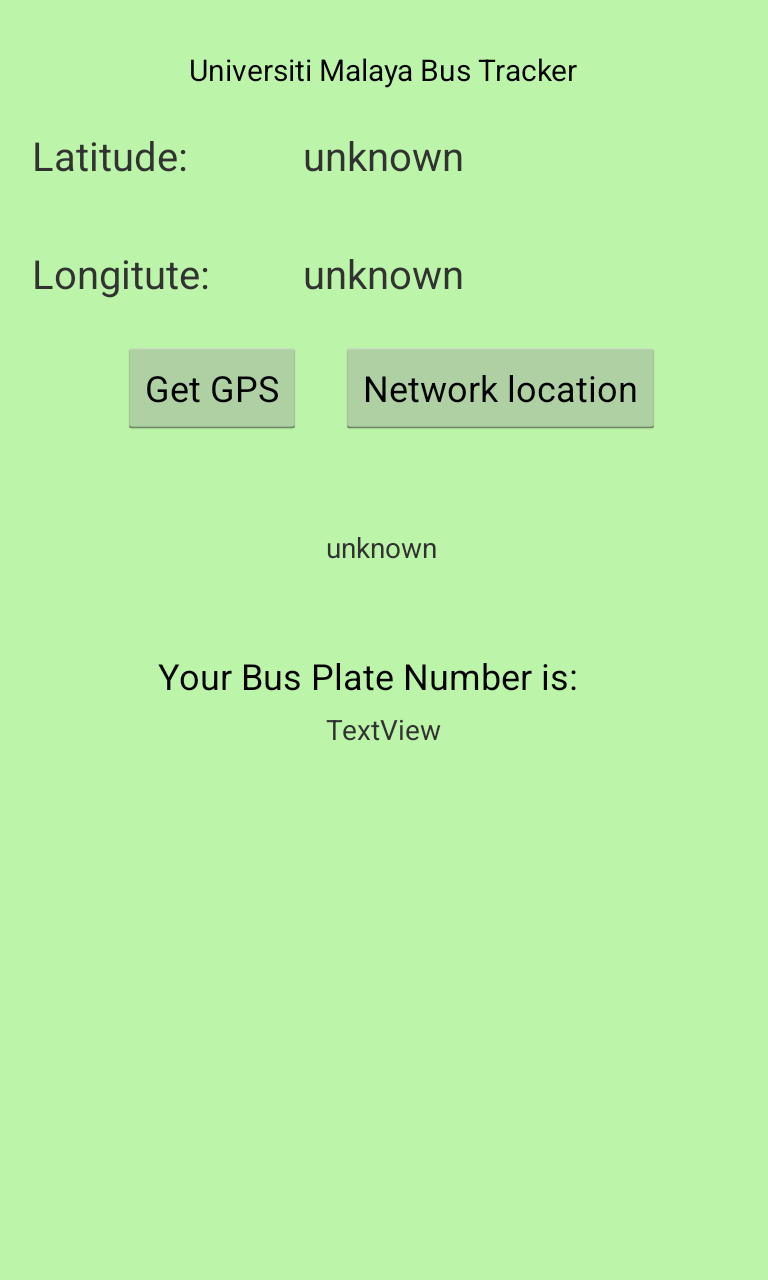
Repository: patheon17/myrepo2
Layout: workspace/UMBusTracker/res/layout/activity_main.xml
These files come from the project's save history. The layout is drawn as it stood at one moment and after the next save; the edit follows.
It is drawn on a 768 x 1280 px phone screen (xhdpi) without system bars, with theme AppTheme; the app's code is not run.

Above is the layout before, as saved 2013-09-29 14:50:09.

After the next save:
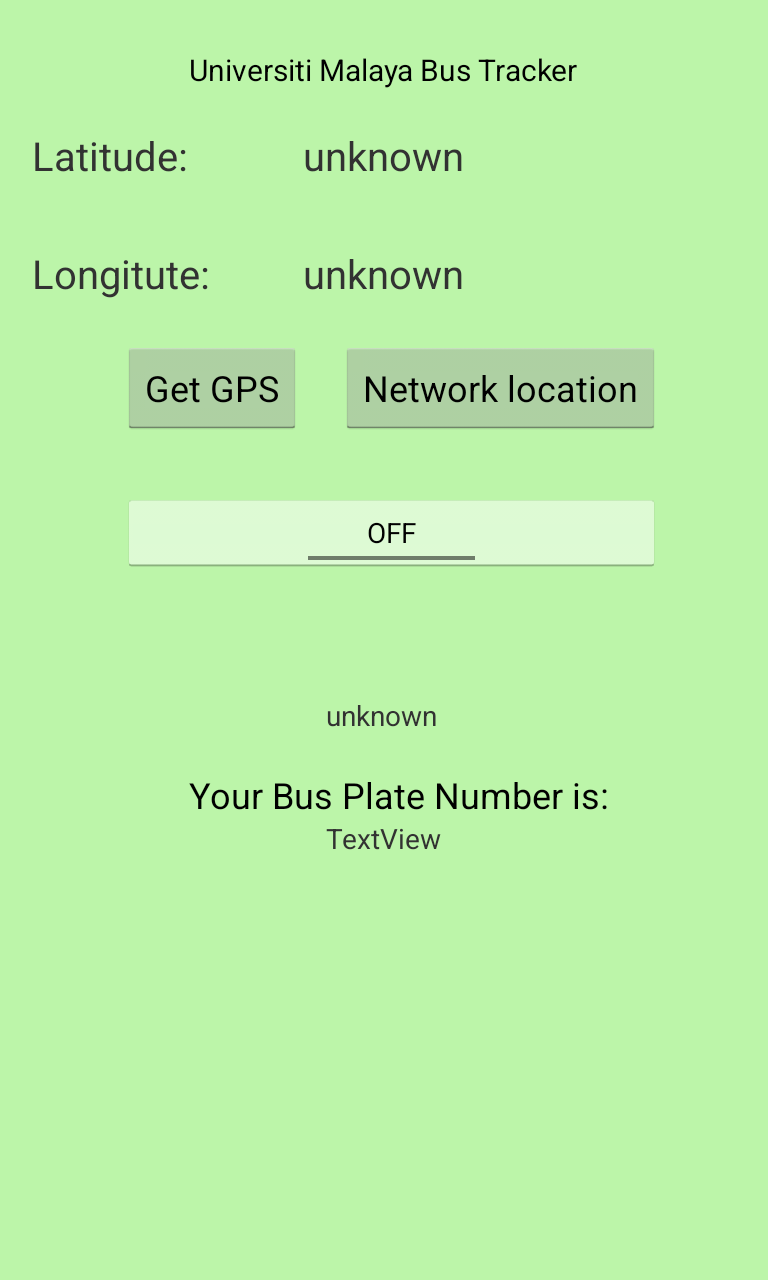
Saved 20 h 40 min later.
--- a/workspace/UMBusTracker/res/layout/activity_main.xml
+++ b/workspace/UMBusTracker/res/layout/activity_main.xml
@@ -77,13 +77,23 @@
         android:layout_toLeftOf="@+id/button2"
         android:text="@string/button1" />
 
+    <ToggleButton
+        android:id="@+id/toggleButton1"
+        android:layout_width="wrap_content"
+        android:layout_height="40sp"
+        android:layout_alignLeft="@+id/button1"
+        android:layout_alignRight="@+id/button2"
+        android:layout_below="@+id/button2"
+        android:layout_marginTop="28dp"
+        android:text="ToggleButton" />
+
     <TextView
         android:id="@+id/textView2"
         android:layout_width="wrap_content"
         android:layout_height="wrap_content"
-        android:layout_alignBottom="@+id/textView1"
-        android:layout_alignRight="@+id/title"
-        android:layout_marginBottom="24dp"
+        android:layout_alignLeft="@+id/title"
+        android:layout_below="@+id/providerlist"
+        android:layout_marginTop="18dp"
         android:text="Your Bus Plate Number is:"
         android:textAppearance="?android:attr/textAppearanceMedium" />
 
@@ -91,9 +101,8 @@
         android:id="@+id/textView1"
         android:layout_width="wrap_content"
         android:layout_height="wrap_content"
-        android:layout_below="@+id/providerlist"
+        android:layout_below="@+id/textView2"
         android:layout_centerHorizontal="true"
-        android:layout_marginTop="72dp"
         android:text="TextView" />
 
     <TextView
@@ -101,8 +110,8 @@
         android:layout_width="wrap_content"
         android:layout_height="wrap_content"
         android:layout_alignLeft="@+id/textView1"
-        android:layout_below="@+id/button2"
-        android:layout_marginTop="46dp"
+        android:layout_below="@+id/toggleButton1"
+        android:layout_marginTop="62dp"
         android:text="@string/providerslist"
         android:textAppearance="?android:attr/textAppearanceSmall" />
 
